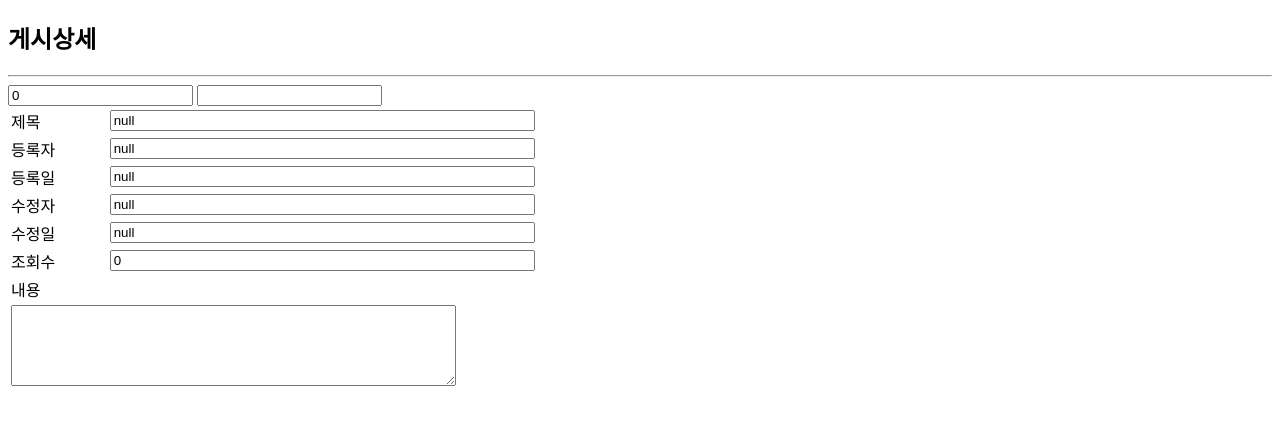
Repository: dongseon-git/WEB_JSP
Page: http://localhost/studyhtml5/board/board_mod.jsp
These files come from the project's save history. The page is drawn as it stood at one moment and after the next save; the edit follows.
The browser window is 1280 px wide. The pictures show the whole page.
The page is served by Tomcat 9. Nobody is signed in. The application's start-up code is not run. Other server files are loaded and not shown.

Above is the page before, as saved 2022-05-18 02:23:16.

### workspace/studyhtml5/WebContent/board/board_mod.jsp
<%@page import="com.pcwk.board.BoardVO"%>
<%@ page language="java" contentType="text/html; charset=UTF-8"
    pageEncoding="UTF-8"%>
    <%
    BoardVO vo = (BoardVO)request.getAttribute("vo");
    if(null == vo){
    	vo =new BoardVO();
    }
    %>
<!DOCTYPE html>
<html>
<head>
<meta charset="UTF-8">
<title>Insert title here</title>
</head>
<body>
<h2>게시상세</h2>
<hr/>
<input type="text" name="seq" id="seq" value="<%=vo.getSeq()%>">
<input type="text" name="work_div" id="work_div">
<table width="600">
<tr>
<td width="100">제목</td>
<td width="500"><input type="text" name="title" id="title" maxlength="200" size="50" value="<%=vo.getTitle()%>"></td>
</tr>
<tr>
<td width="100">등록자</td>
<td width="500"><input value="<%=vo.getRegId()%>" type="text" name="reg_id" id="reg_id" maxlength="50" size="50" readonly ></td>
</tr>
<tr>
<td width="100">등록일</td>
<td width="500"><input value="<%=vo.getRegDt()%>" type="text" name="regDt" id="regDt" maxlength="50" size="50" readonly></td>
</tr>
<tr>
<td width="100">수정자</td>
<td width="500"><input value="<%=vo.getModId()%>" type="text" name="mod_id" id="mod_id" maxlength="50" size="50" readonly></td>
</tr>
<tr>
<td width="100">수정일</td>
<td width="500"><input value="<%=vo.getModDt()%>" type="text" name="modDt" id="modDt" maxlength="50" size="50" readonly></td>
</tr>
<tr>
<td width="100">조회수</td>
<td width="500"><input value="<%=vo.getReadCnt()%>" type="text" name="readCnt" id="readCnt" maxlength="50" size="50" readonly></td>
</tr>
<tr>
<td colspan="2">내용</td>
</tr>
<tr>
<td colspan="2"><textarea rows="5" cols="53" name="contents" id="contents"></textarea></td>
</tr>
</table>

</body>
</html>

### workspace/studyhtml5/src/com/pcwk/cmn/DTO.java
package com.pcwk.cmn;

/**
 * 모든 domain의 Parent
 * @author ITSC
 *
 */
public class DTO {
	private int no;//순번

	public DTO() {}

	public DTO(int no) {
		super();
		this.no = no;
	}

	public int getNo() {
		return no;
	}

	public void setNo(int no) {
		this.no = no;
	}

	@Override
	public String toString() {
		return "DTO [no=" + no + "]";
	}






}

### workspace/studyhtml5/src/com/pcwk/board/BoardVO.java
package com.pcwk.board;

import com.pcwk.cmn.DTO;

public class BoardVO extends DTO {
	private int     seq        ;//순번(PK)
	private String  title      ;//제목
	private String  contents   ;//내용
	private int     readCnt    ;//조회수
	private String  regDt      ;//등록일
	private String  regId      ;//등록자
	private String  modDt      ;//수정일
	private String  modId      ;//수정자

	public BoardVO() {}

	public BoardVO(int seq, String title, String contents, int readCnt, String regDt, String regId, String modDt,
			String modId) {
		super();
		this.seq = seq;
		this.title = title;
		this.contents = contents;
		this.readCnt = readCnt;
		this.regDt = regDt;
		this.regId = regId;
		this.modDt = modDt;
		this.modId = modId;
	}

	public int getSeq() {
		return seq;
	}

	public void setSeq(int seq) {
		this.seq = seq;
	}

	public String getTitle() {
		return title;
	}

	public void setTitle(String title) {
		this.title = title;
	}

	public String getContents() {
		return contents;
	}

	public void setContents(String contents) {
		this.contents = contents;
	}

	public int getReadCnt() {
		return readCnt;
	}

	public void setReadCnt(int readCnt) {
		this.readCnt = readCnt;
	}

	public String getRegDt() {
		return regDt;
	}

	public void setRegDt(String regDt) {
		this.regDt = regDt;
	}

	public String getRegId() {
		return regId;
	}

	public void setRegId(String regId) {
		this.regId = regId;
	}

	public String getModDt() {
		return modDt;
	}

	public void setModDt(String modDt) {
		this.modDt = modDt;
	}

	public String getModId() {
		return modId;
	}

	public void setModId(String modId) {
		this.modId = modId;
	}

	@Override
	public String toString() {
		return "BoardVO [seq=" + seq + ", title=" + title + ", contents=" + contents + ", readCnt=" + readCnt
				+ ", regDt=" + regDt + ", regId=" + regId + ", modDt=" + modDt + ", modId=" + modId + ", toString()="
				+ super.toString() + "]";
	}



}

After the next save:
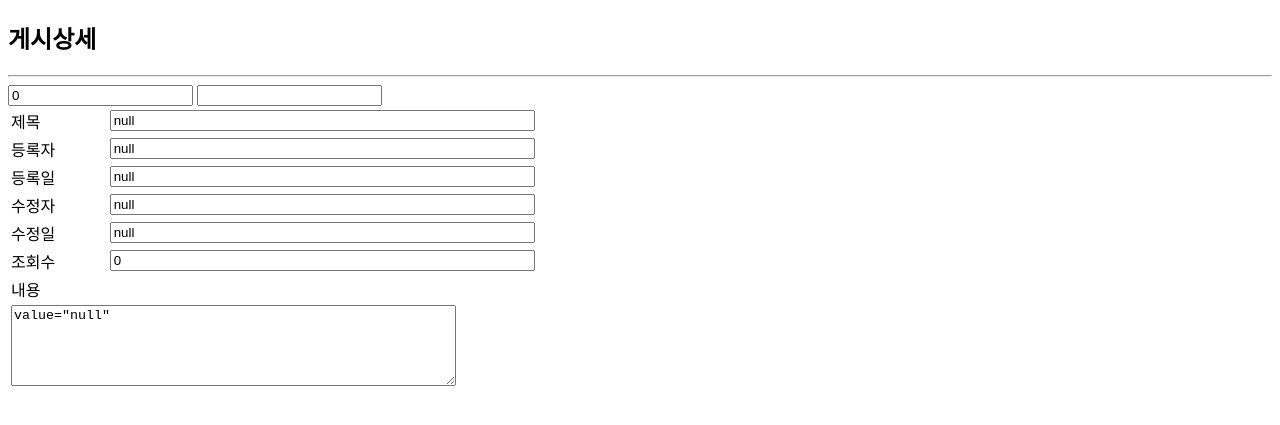
Saved 35 s later.
--- a/workspace/studyhtml5/WebContent/board/board_mod.jsp
+++ b/workspace/studyhtml5/WebContent/board/board_mod.jsp
@@ -47,7 +47,7 @@
 <td colspan="2">내용</td>
 </tr>
 <tr>
-<td colspan="2"><textarea rows="5" cols="53" name="contents" id="contents"></textarea></td>
+<td colspan="2"><textarea rows="5" cols="53" name="contents" id="contents">value="<%=vo.getContents()%>"</textarea></td>
 </tr>
 </table>
 
